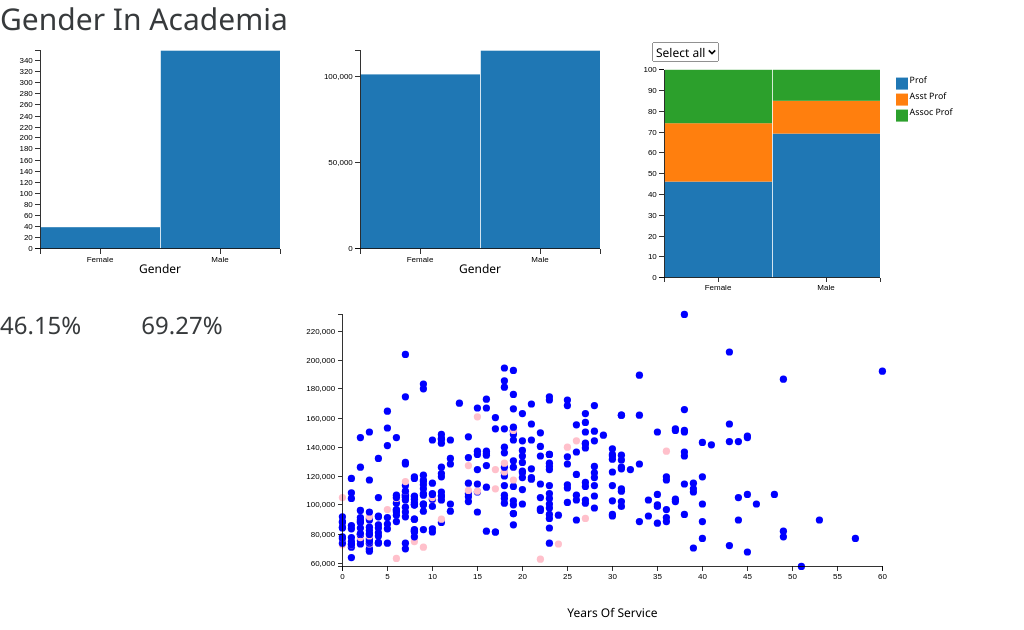
Repository: MartinCurran28/Dashboard
Page: index.html
The author's editor kept a record of every edit. The page is drawn from the files as they stood at one moment, then again after the next edit.
The browser window is 1280 px wide. The pictures show the whole page, at 80% of full size.

Above is the page before.
Console error: TypeError: Cannot read properties of null (reading 'textContent')

After the next edit:
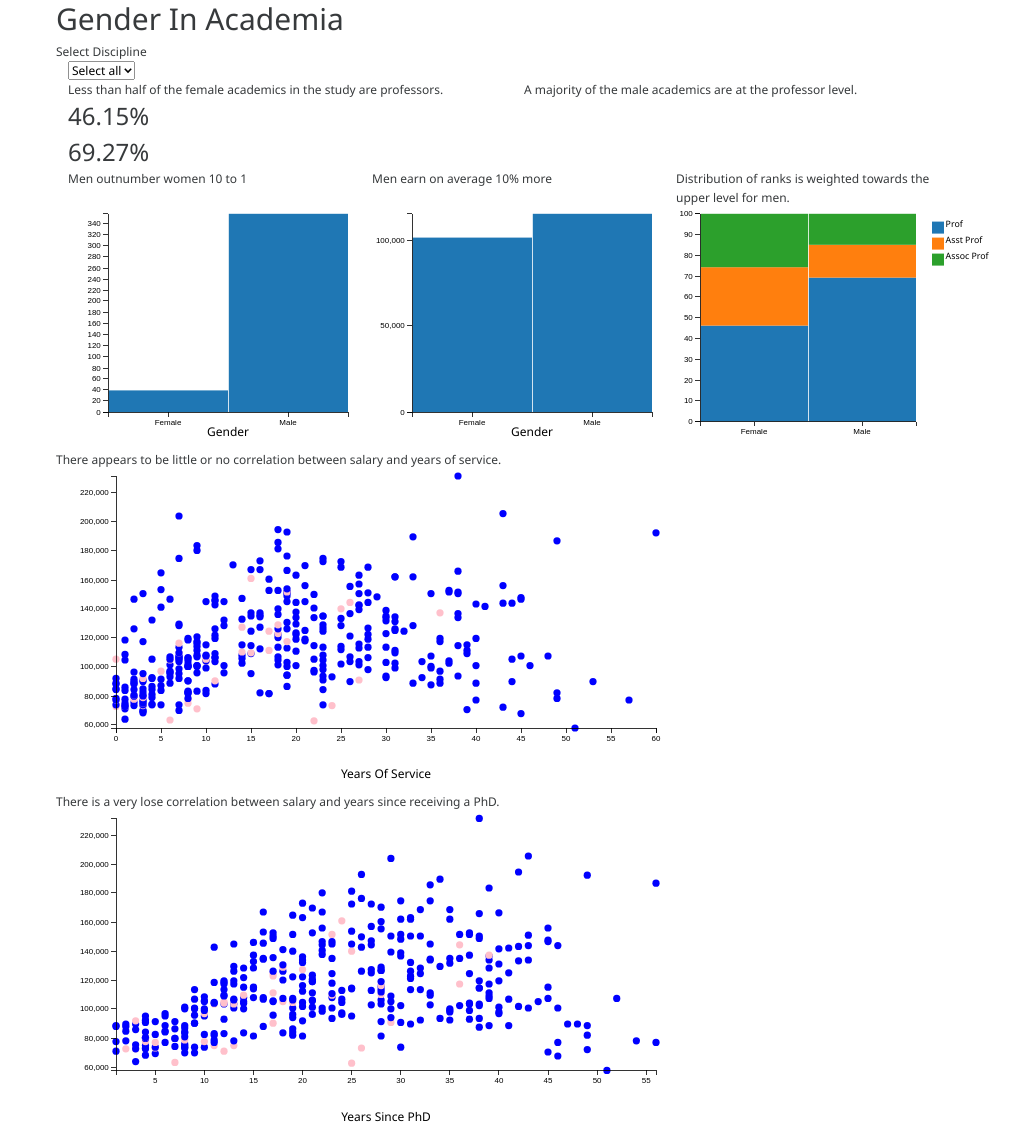
The error is gone.
The edit:
--- a/index.html
+++ b/index.html
@@ -6,9 +6,10 @@
     <meta http-equiv="X-UA-Compatible" content="ie=edge">
     <title>Gender In Academia</title>
 
-    <link rel="stylesheet" href="static/css/bootstrap.min.css" type="text/css" />
-    <link rel="stylesheet" href="static/css/dc.min.css" type="text/css" />
-    <link rel="stylesheet" href="static/css/style.css" type="text/css" />
+    <link rel="stylesheet" href="Static/css/bootstrap.min.css" type="text/css" />
+    <link rel="stylesheet" href="Static/css/dc.min.css" type="text/css" />
+    <link rel="stylesheet" href="Static/css/style.css" type="text/css" />
+
 
     <script type="text/javascript" src="static/js/d3.min.js"></script>
     <script type="text/javascript" src="static/js/crossfilter.min.js"></script>
@@ -17,23 +18,58 @@
     <script type="text/javascript" src="static/js/graph.js"></script>
 
 </head>
+
+
 <body>
+    <div class="container">
 
-    <h1>Gender In Academia</h1>
+        <div class="row">
+            <h1>Gender In Academia</h1>
+        </div>
 
-    <div id="discipline-selector"></div>
+        <div class="row">
+            <div class="col-md-offset-5">Select Discipline</div>
+        </div>
+        <div class="row">
+            <div class="col-md-offset-5" id="discipline-selector"></div>
+        </div>
 
-    <div id="gender-balance"></div>
+        <div class="row">
+            <div class="col-md-6">Less than half of the female academics in the study are professors.</div>
+            <div class="col-md-6">A majority of the male academics are at the professor level.</div>
+        </div>
+        <div class="row">
+            <div class="col-md-6 number-box" id="percent-of-women-professors"></div>
+            <div class="col-md-6 number-box" id="percent-of-men-professors"></div>
+        </div>
 
-    <div id="average-salary"></div>
 
-    <div id="rank-distribution"></div>
+        <div class="row">
+            <div class="col-md-4">Men outnumber women 10 to 1</div>
+            <div class="col-md-4">Men earn on average 10% more</div>
+            <div class="col-md-4">Distribution of ranks is weighted towards the upper level for men.</div>
+        </div>
+        <div class="row">
+            <div class="col-md-4" id="gender-balance"></div>
+            <div class="col-md-4" id="average-salary"></div>
+            <div class="col-md-4" id="rank-distribution"></div>
+        </div>
 
-    <div class="number-box" id="percent-of-women-professors"></div>
-    <div class="number-box" id="percent-of-men-professors"></div>
+        <div class="row">
+            <div class="col-md-offset-2">There appears to be little or no correlation between salary and years of service.</div>
+        </div>
+        <div class="row">
+            <div class="col-md-offset-2" id="service-salary"></div>
+        </div>
 
-    <div id="service-salary"></div>
 
+        <div class="row">
+            <div class="col-md-offset-2">There is a very lose correlation between salary and years since receiving a PhD.</div>
+        </div>
+        <div class="row">
+            <div  class="col-md-offset-2" id="phd-salary"></div>
+        </div>
+    </div>
 
 </body>
 </html>
